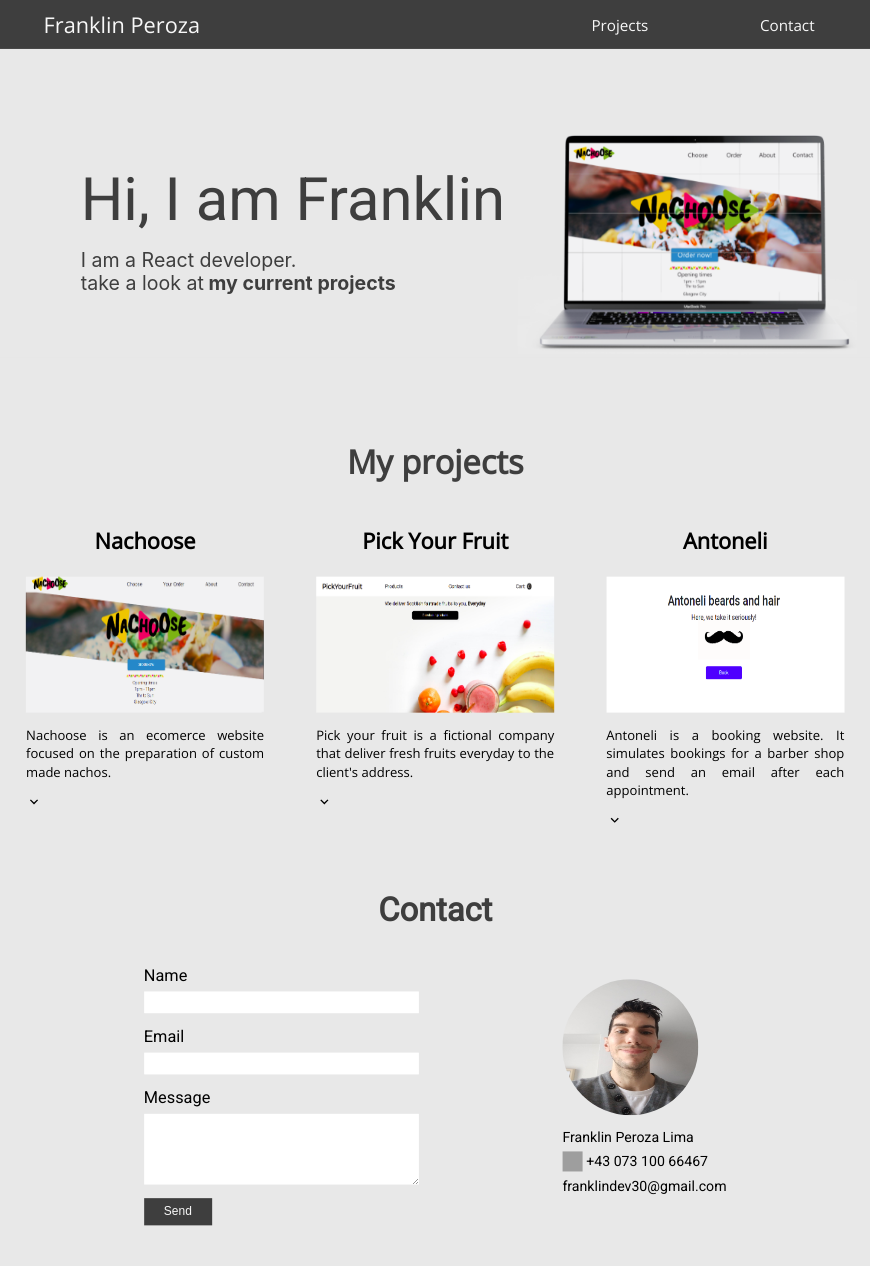
Repository: franklinpl/portfolio
Page: /
An editor plug-in stored every save of this project. The page is shown before and after the next save, followed by the edit.
The browser window is 1280 px wide. The pictures show the whole page, at 68% of full size.
Pictures or frames that could not be fetched are drawn as grey boxes. The project was rebuilt for these pictures with package versions that can differ from the ones it lists, and the page was loaded fresh each time.

Above is the page before, as saved 2022-09-29 16:51:30.

### public/index.html
<!DOCTYPE html>
<html lang="en">
  <head>
    <meta charset="utf-8" />
    <link rel="icon" href="%PUBLIC_URL%/favicon.ico" />
    <meta name="viewport" content="width=device-width, initial-scale=1" />
    <link rel="preconnect" href="https://fonts.googleapis.com">
<link rel="preconnect" href="https://fonts.gstatic.com" crossorigin>
<link href="https://fonts.googleapis.com/css2?family=Open+Sans&family=Roboto&family=Ubuntu:ital@1&display=swap" rel="stylesheet">
<link href="https://fonts.googleapis.com/icon?family=Material+Icons"
      rel="stylesheet">
    <meta name="theme-color" content="#000000" />
    <meta
      name="description"
      content="Web site created using create-react-app"
    />
    <link rel="apple-touch-icon" href="%PUBLIC_URL%/logo192.png" />
    <link rel="preconnect" href="https://fonts.gstatic.com">
    <link rel="preconnect" href="https://fonts.gstatic.com">
    <link href="https://fonts.googleapis.com/css2?family=Montserrat&family=Open+Sans&display=swap" rel="stylesheet">
    <link rel="manifest" href="%PUBLIC_URL%/manifest.json" />
    <link rel="preconnect" href="https://fonts.gstatic.com">
<link href="https://fonts.googleapis.com/css2?family=Libre+Baskerville&family=Source+Sans+Pro&display=swap" rel="stylesheet">

    <title>Franklin's portfolio</title>
  </head>
  <body>
    <noscript>You need to enable JavaScript to run this app.</noscript>
    <div id="root"></div>
    <!--
      This HTML file is a template.
      If you open it directly in the browser, you will see an empty page.

      You can add webfonts, meta tags, or analytics to this file.
      The build step will place the bundled scripts into the <body> tag.

      To begin the development, run `npm start` or `yarn start`.
      To create a production bundle, use `npm run build` or `yarn build`.
    -->
  </body>
</html>

### src/index.js
import React from 'react';
import ReactDOM from 'react-dom';
import './index.css';
import App from './App';
import reportWebVitals from './reportWebVitals';

ReactDOM.render(
    <React.StrictMode>
      <App />
    </React.StrictMode>
  ,
  document.getElementById('root')
);

reportWebVitals();

### src/App.js
import './App.css';

//components
import Homepage from './components/Homepage'
import Navbar from './components/Navbar'
import Projects from './components/Projects'
import Contact from './components/Contact'

function App() {
  return (
    <div className="App">
      <Navbar/>
      <Homepage/>
      <Projects/>
      <Contact/>
    </div>
  );
}

export default App;

### src/App.css
html{
    scroll-behavior: smooth;
}

.App{
    background-color: #e8e8e8;
    width:1300px;
    max-width:100%;
    height:auto
}

### src/components/Homepage.js
import './Homepage.css'
import pcPicture from '../pictures/pc-picture.png'

function Homepage(){

    return(
        <div className='homepage'>
            <div className='homepage-words'>
                <h1>Hi, I am Franklin</h1>
                <p style={{marginTop:-40}}>I am a React developer.</p>
                <p>take a look at
                    <a id='link' href='#my-projects'> my current projects</a>
                </p>
            </div>
            <div className='homepage-mockup'>
                <img src={pcPicture} alt='computer with nachoose project' id='mockup'/>
            </div>
            {/* <img id='franklin-picture' src={picture} alt='The developer'/> */}
        </div>
    )
}

export default Homepage

### src/components/Navbar.js
import './Navbar.css'

function Navbar(){
    return(
        <div className='navbar'>

            <div className='navbar-logo'>
                <h1 id='navbar-logo'>Franklin Peroza</h1>
            </div>

            <div className='navbar-components'>
                <a href='#my-projects'>
                    <p id='navbar-projects'>Projects</p>
                </a>
                <a href='#contact'>
                    <p id='navbar-contact'>Contact</p>
                </a>
            </div>

        </div>
    )
}

export default Navbar

### src/components/Projects.js
import './Projects.css'
import pickyourfruitpicture from './pickyourfruit.png'
import nachoose from '../pictures/nachoose.png'
import antoneli from '../pictures/antoneli.png'
import {useState} from 'react'
import expandMore from '../pictures/expandMore.svg'
import expandLess from '../pictures/expandLess.svg'

function Projects(){

    const [expandpyf, setExpandPyf] = useState(false)
    const [expandNachoose, setExpandNachoose] = useState(false)
    const [expandAntoneli, setExpandAntoneli] = useState(false)

    return(
        <div className='projects'>
            <h1 id='my-projects'>My projects</h1>

            <div className='paralel-universe'>

            <div>
                    <a href='http://nachoose.netlify.app' target='_blank' rel='noreferrer'>
                        <h3 id='div-text'>Nachoose</h3>
                        <img src={nachoose} id='image' alt='nachoose project'/>
                    </a>

                    <p id='retracted-text'>Nachoose is an ecomerce website focused on the preparation of
                        custom made nachos.</p>

                    {expandNachoose ?
                        <p id='retracted-text'>The complexity of the project lays on
                        each step of the preparation being a component sending information to the
                        redux store. The information is then used at the summary and orders page.
                            <img alt='icon' id='project-icon'  src={expandLess} onClick={()=>setExpandNachoose(false)} ></img>
                        </p>
                :
                <img id='project-icon' alt='icon' src={expandMore} onClick={()=>setExpandNachoose(true)} ></img>
                }

                </div>

                <div>
                    <a href='http://pickyourfruit.netlify.app' target='_blank' rel='noreferrer'>
                        <h3 id='div-text'>Pick Your Fruit</h3>
                        <img src={pickyourfruitpicture} id='image' alt='pickyourfruit project'/>
                    </a>

                    <p id='retracted-text'>Pick your fruit is a fictional company that
                        deliver fresh fruits everyday
                        to the client's address.
                    </p>

                    { expandpyf ?
                    <p id='retracted-text'>
                        As other ecomerce websites, it
                        uses complex logic for adding, sorting and removing products
                        from cart. It was my first complete React/Redux project
                        <img alt='icon' id='project-icon' src={expandLess} onClick={()=>setExpandPyf(false)}></img>
                    </p>
                    :
                    <img alt='icon' id='project-icon' src={expandMore} onClick={()=>setExpandPyf(true)} ></img>
                    }
                </div>

                <div>
                    <a href='http://antoneli.netlify.app' target='_blank' rel='noreferrer'>
                        <h3 id='div-text'>Antoneli</h3>
                        <img src={antoneli} id='image' alt='antoneli project'/>
                    </a>

                    <p id='retracted-text'>Antoneli is a booking website. It simulates bookings
                        for a barber shop and send an email after each appointment.</p>

                    {expandAntoneli ?
                        <p id='retracted-text'>
                            Even though the the idea is simple, it uses complex logic
                            to search for previous appointments, lock the appointment date
                            and set new bookings. besides the usual Redux and React Router,
                            I used Reactstrap for some of the design implementations.
                                <img alt='icon' id='project-icon' src={expandLess} onClick={()=>setExpandAntoneli(false)} ></img>
                        </p>
                    :
                        <img alt='icon' id='project-icon' src={expandMore} onClick={()=>setExpandAntoneli(true)}/>
                    }
                </div>
            </div>
        </div>
    )
}

export default Projects

### src/components/Contact.js
import './Contact.css'
import {useState} from 'react'
import * as emailjs from 'emailjs-com'
import franklinTransparent from '../pictures/franklin_foto2.jpeg'

function Contact(){

    const [name, setName] = useState('')
    const [email, setEmail] = useState('')
    const [message, setMessage] = useState('')
    const [emailSent, setEmailSent] = useState(false)
    const [loading, setLoading] = useState(false)

    const submitForm = (e) => {
        e.preventDefault()
        setLoading(true)
        let template_params = {
            name: name,
            email: email,
            message: message
        }
        emailjs.sendForm('gmail', 'template_jit7267',e.target,'user_ei2HwlX5HUA6Vb2BoNWPR', template_params).then((result) => {
            setEmailSent(true)
            console.log(result)
            setName('')
            setEmail('')
            setMessage('')
            setLoading(false)
        }, (error) => {
            console.log(error)
        })

    }

    return(
        <div className='contact'>
            <h1 id='contact'>Contact</h1>
            <div className='form-and-info'>
                <form onSubmit={submitForm}>
                    {emailSent ? <h3 id='email-sent'>Email sent successfully</h3> : ''}
                    <div className='name'>
                        <label htmlFor='name'>Name</label>
                        <input type='text' name='name' id='name' required
                        onChange={(e) => setName(e.target.value)} value={name}/>
                    </div>
                    <div className='email'>
                        <label htmlFor='email'>Email</label>
                        <input type='email' name='email' id='email' required
                        onChange={(e) => setEmail(e.target.value)} value={email}/>
                    </div>
                    <div className='message'>
                        <label htmlFor='message'>Message</label>
                        <textarea name='message' id='message' required
                        onChange={(e) => setMessage(e.target.value)} value={message}/>
                    </div>
                    <button id='contact-button'>{loading ? 'Sending...' : 'Send'}</button>
                </form>

                <div className='picture-and-info'>
                    <img src={franklinTransparent} alt='developer' id='franklin-picture'/>
                    <p>Franklin Peroza Lima</p>
                    <div className='phone'>
                        <img src='https://img.icons8.com/ios/452/apple-phone.png' alt='smartphone'/>
                        <p style={{marginLeft:5}}>+43 073 100 66467</p>
                    </div>
                    <p>franklindev30@gmail.com</p>
                </div>

            </div>
        </div>
    )
}

export default Contact

### src/components/Homepage.css
.homepage{
    width:1300px;
    max-width:100%;
    height:auto;
    display:flex;
    justify-content: space-evenly;
    background-color:#e8e8e8;
}

.homepage-words{
    margin: 120px 0px 0px 100px;
}

.homepage-words h1{
    font-size:5.5rem;
    color:#3e3e3e;
    margin-top:50px;
    font-family: 'Roboto', sans-serif;
    font-weight: 200;
}

.homepage-words p, .homepage-words p a{
    font-size:1.8rem;
    color: #3e3e3e;
    margin:0px;
    text-decoration: none;
}

#franklin-picture{
    width:200px;
    height:200px;
    border-radius: 50%;
    margin-top:40px
}

#mockup{
    width:500px;
    margin-top:120px;
}

#link{
    font-weight: bold;
}

@media(max-width:1000px){
    #mockup{width:400px; margin-top:80px}
    .homepage-words h1{font-size:4rem}
    .homepage-words{margin:40px 0px 0px 100px}
}

@media(max-width:961px){
    .homepage{flex-direction: column; justify-content: center; align-items: center;}
    .homepage-words h1{font-size:5rem; margin-left:0px}
    .homepage-words{margin-left:0px}
}

@media(max-width:650px){
    .homepage-words h1{font-size:4.5rem}
}

@media(max-width:547px){
    .homepage-words h1{font-size:3.5rem; margin-bottom:40px}
}

@media(max-width:435px){
    .homepage-words h1{font-size:3rem;}
    .homepage-words p, #link{font-size:1.5rem}
    #mockup{width:350px}
}

@media(max-width:365px){
    .homepage-words h1{font-size:2.5rem;margin-bottom: 60px;}
    .homepage-words p, #link{font-size:1.3rem}
    #mockup{width:350px}
}

### src/components/Navbar.css
.navbar{
    width:1300px;
    max-width: 100%;
    display:flex;
    align-items: center;
    background-color: #3e3e3e;
    height:10vh
}

.navbar-logo, .navbar-logo a{
    display: flex;
    flex:0.8;
    text-decoration: none;
}

.navbar-logo h1{
    margin-left:4rem;
    color:rgba(0, 0, 0, 0.925);
    font-family: 'Open Sans', sans-serif;
    color:#f8f8f8;
    font-weight: 400;
}

.navbar-components{
    display:flex;
    justify-content: space-around;
    flex:0.5
}

.navbar-components p, .navbar-components a{
    font-family: 'Roboto';
    font-size: 1.4rem;
    font-family: 'Open Sans', sans-serif;
    color:#f8f8f8;
    text-decoration: none;
}

@media(max-width:650px){
    .navbar-logo h1{margin-left:2rem}
}

@media(max-width:547px){
    .navbar-logo h1{font-size: 1.8rem;}
    .navbar-components p{font-size:1.2rem}
}

@media(max-width:465px){
    .navbar-logo h1{margin-left:1rem; font-size:1.5rem}
    .navbar-components p{font-size: 1.1rem;}
}

@media(max-width:365px){
    .navbar-logo h1{margin-left:0.5rem; font-size:1.4rem}
    .navbar-components p{font-size: 1rem}
    .navbar-logo{flex:0.6}
}

### src/components/Projects.css
.projects{
    width:1300px;
    max-width:100%;
    height:auto;
    display:flex;
    flex-direction: column;
    font-family: 'Open Sans', sans-serif;
}

.projects h1{
    font-size:3rem;
    margin:120px 0px 0px 0px;
    align-self: center;
    color:#3e3e3e
}

.paralel-universe{
    display:grid;
    grid-template-columns: repeat(3, 1fr);
    justify-items: center;
    width:1300px;
    max-width:100%
}

.paralel-universe div a{
    margin-top:30px;
    display:flex;
    flex-direction: column;
    align-items: center;
    transition: filter 0.5s;
    text-decoration: none;
    color:black;
    width:350px;
    height:auto
}

#image:hover{
    filter:brightness(50%);
}

.paralel-universe div p{
    font-size: 1.2rem;
    text-align: justify;
}

#div-text{
    top:100px;
    font-size:2rem
}

#image{
    width:350px;
    height:200px;
    align-self: center;
    justify-self: center;
}

#retracted-text{
    width:350px
}

#project-icon{
    cursor:pointer;
    display:block
}

@media (max-width:1120px){
    #image{width:300px; height:175px}
    #retracted-text{width:300px}
    .paralel-universe div a{width:300px}
}

@media(max-width:1000px){
    .projects h1{font-size: 2.5rem; width:17rem}
}

@media(max-width:961px){
    .paralel-universe{grid-template-columns: repeat(1, 1fr);}
    #image{width: 600px; height:auto; margin:0px}
    #retracted-text{width:600px}
    .paralel-universe div a{width:600px}
    .projects h1{text-align: center;}
}

@media(max-width:650px){
    .projects h1{font-size:2.2rem}
    #div-text{font-size:1.8rem}
    #image, .paralel-universe div a{width: 500px;}
    #retracted-text{width:500px}
}

@media(max-width:547px){
    .projects h1{font-size:2rem}
    #image, .paralel-universe div a{width: 400px;}
    #retracted-text{width:400px}
}

@media(max-width:435px){
    .projects h1{font-size:2rem; margin-bottom: -10px;}
    #image, .paralel-universe div a{width: 300px;}
    #retracted-text{width:300px}
    #retracted-text{width: 300px;}
    #div-text{font-size:1.6rem}
    .paralel-universe div p{font-size:1.1rem}
}

### src/components/Contact.css
.contact{
    width:1300px;
    max-width: 100%;
    height:auto;
    font-family: 'Roboto';
    padding:60px 0px 60px 0px
}

.form-and-info{
    display:flex;
    justify-content: space-evenly;
}

#contact{
    font-size:3rem;
    align-self: center;
    color:#3e3e3e;
    text-align: center;
}

form div{
    display:flex;
    flex-direction: column;
    margin-top:20px
}

form div label{
    font-size:1.5rem;
    margin-bottom: 10px;
}

form div input{
    width:400px;
    height:30px;
    font-size: 1.2rem;
    border:none;
}

#contact-button{
    background-color: #3e3e3e;
    color:#f8f8f8;
    border:none;
    width:100px;
    height:40px;
    margin-top:20px;
    cursor: pointer;
    font-size: 1.1rem;
}

.phone{
    display:flex;
    align-items: center;
    margin:-30px 0px -30px 0px
}

.picture-and-info{
    display:flex;
    flex-direction: column;
    font-size:1.3rem
}

.phone img{
    width:30px;
    height:30px
}

#contact-button:hover{
    background-color: #8e8e8e;
}

#message{
    height:100px;
    font-size: 1.2rem;
    font-family:'Roboto';
    border:none
}

#email-sent{
    color:green;
    font-size:2rem
}

#franklin-picture{
    width:200px
}

@media(max-width:1000px){
    #contact{font-size: 2.5rem;}
}

@media(max-width:770px){
    .form-and-info{flex-direction: column-reverse; justify-content: center; align-items: center;}
    #franklin-picture{align-self: center; margin-top:0px}
}

@media(max-width:650px){
    #contact{font-size: 2.2rem;}
}

@media(max-width:547px){
    #contact{font-size: 2rem;}
}

@media(max-width:435px){
    #contact{margin-top:60px}
    form div input{width:300px; height:25px}
}

Loaded but not shown: src/index.css (common file); src/reportWebVitals.js (common file)

After the next save:
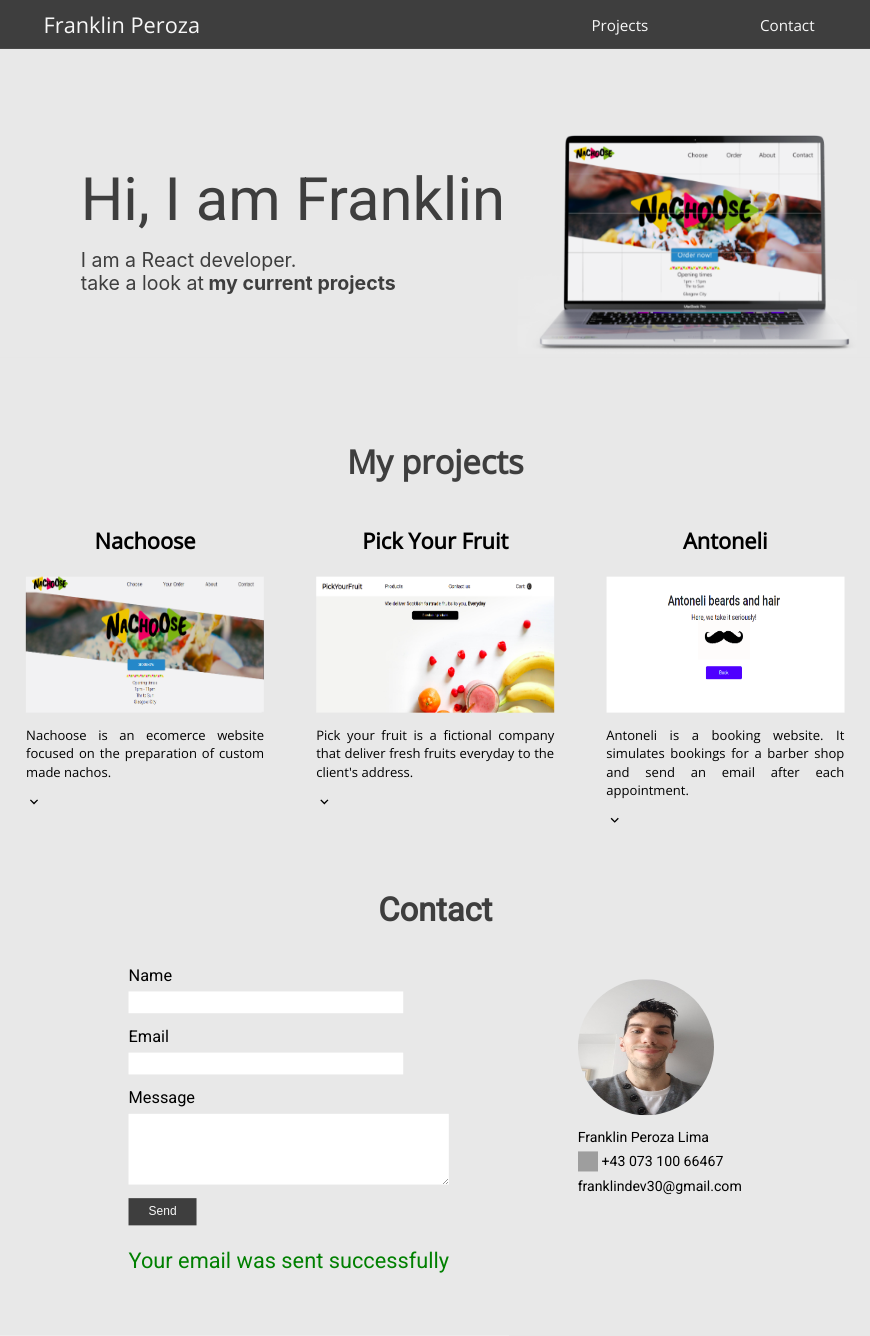
Saved 8 min 27 s later.
--- a/src/components/Contact.js
+++ b/src/components/Contact.js
@@ -9,7 +9,8 @@ function Contact(){
     const [email, setEmail] = useState('')
     const [message, setMessage] = useState('')
     const [emailSent, setEmailSent] = useState(false)
-    const [loading, setLoading] = useState(false)
+    const [emailError, setEmailError] = useState(false)
+    const [loading, setLoading] = useState(undefined)
 
     const submitForm = (e) => {
         e.preventDefault()
@@ -28,6 +29,7 @@ function Contact(){
             setLoading(false)
         }, (error) => {
             console.log(error)
+            setEmailError(true)
         })
 
     }
@@ -54,6 +56,11 @@ function Contact(){
                         onChange={(e) => setMessage(e.target.value)} value={message}/>
                     </div>
                     <button id='contact-button'>{loading ? 'Sending...' : 'Send'}</button>
+                    {
+                        emailError === true ? <p id='email-not-sent'>An error has occurred. Please contact franklindev30@gmail.com directly through your email provider</p>
+                        : emailError === false ? <p id='email-sent'>Your email was sent successfully</p>
+                        : ''
+                    }
                 </form>
 
                 <div className='picture-and-info'>
--- a/src/components/Contact.css
+++ b/src/components/Contact.css
@@ -105,3 +105,11 @@ form div input{
     #contact{margin-top:60px}
     form div input{width:300px; height:25px}
 }
+
+#email-not-sent{
+    color:red
+}
+
+#email-sent{
+    color:green
+}
